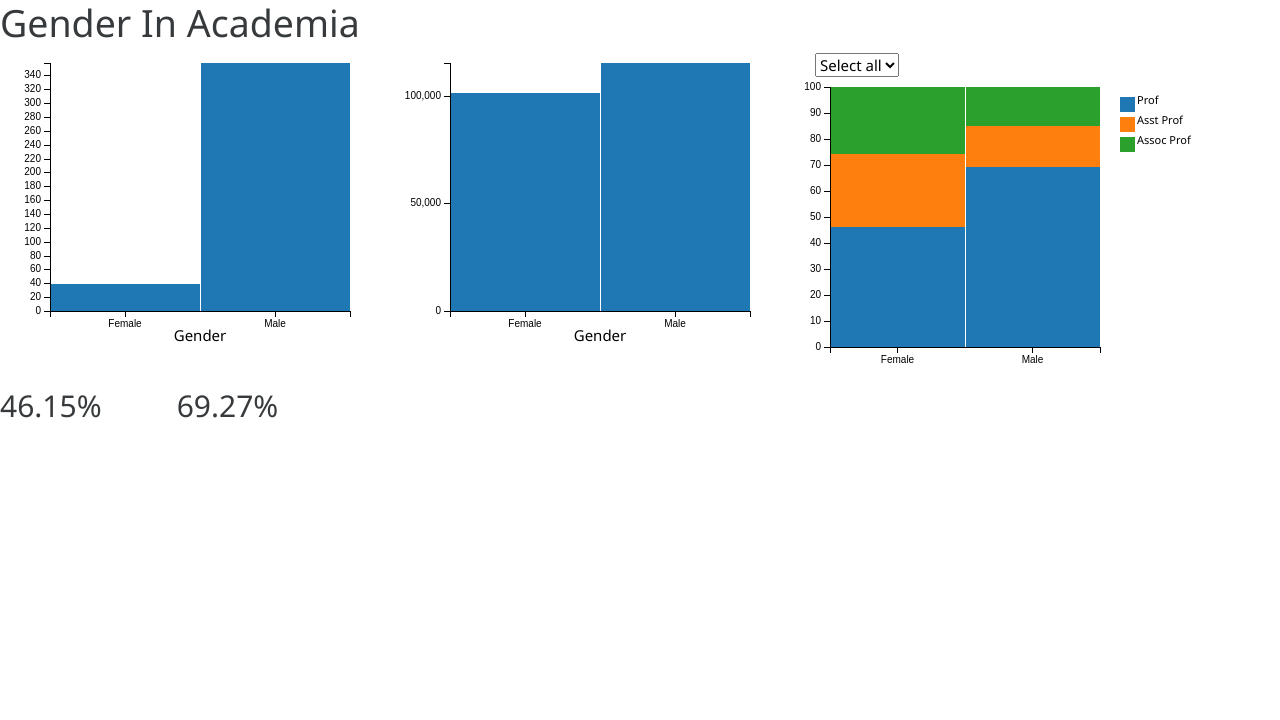
Repository: MartinCurran28/Dashboard
Page: index.html
The author's editor kept a record of every edit. The page is drawn from the files as they stood at one moment, then again after the next edit.
The browser window is 1280 px wide. The pictures show the whole page.

Above is the page before.
Console error: TypeError: Cannot read properties of null (reading 'textContent')

After the next edit:
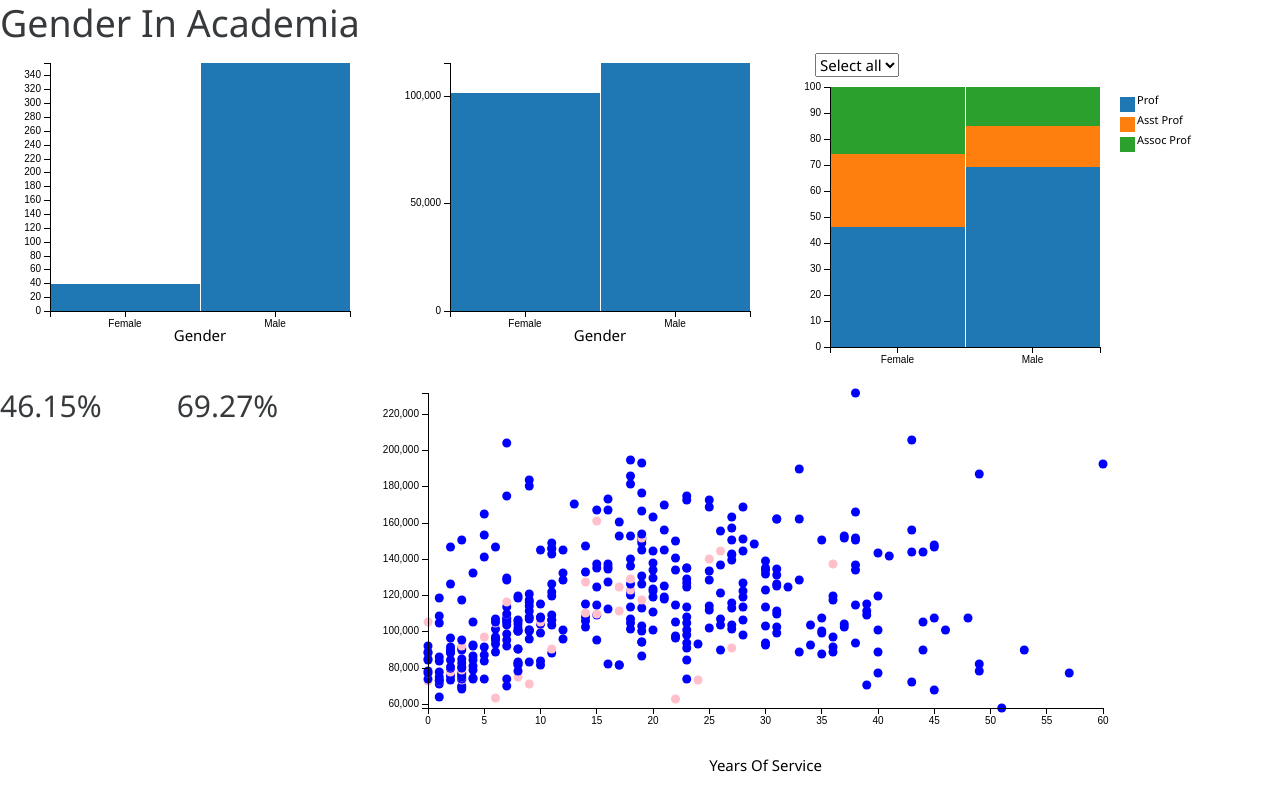
The edit:
--- a/index.html
+++ b/index.html
@@ -32,6 +32,8 @@
     <div class="number-box" id="percent-of-women-professors"></div>
     <div class="number-box" id="percent-of-men-professors"></div>
 
+    <div id="service-salary"></div>
+
 
 </body>
 </html>
